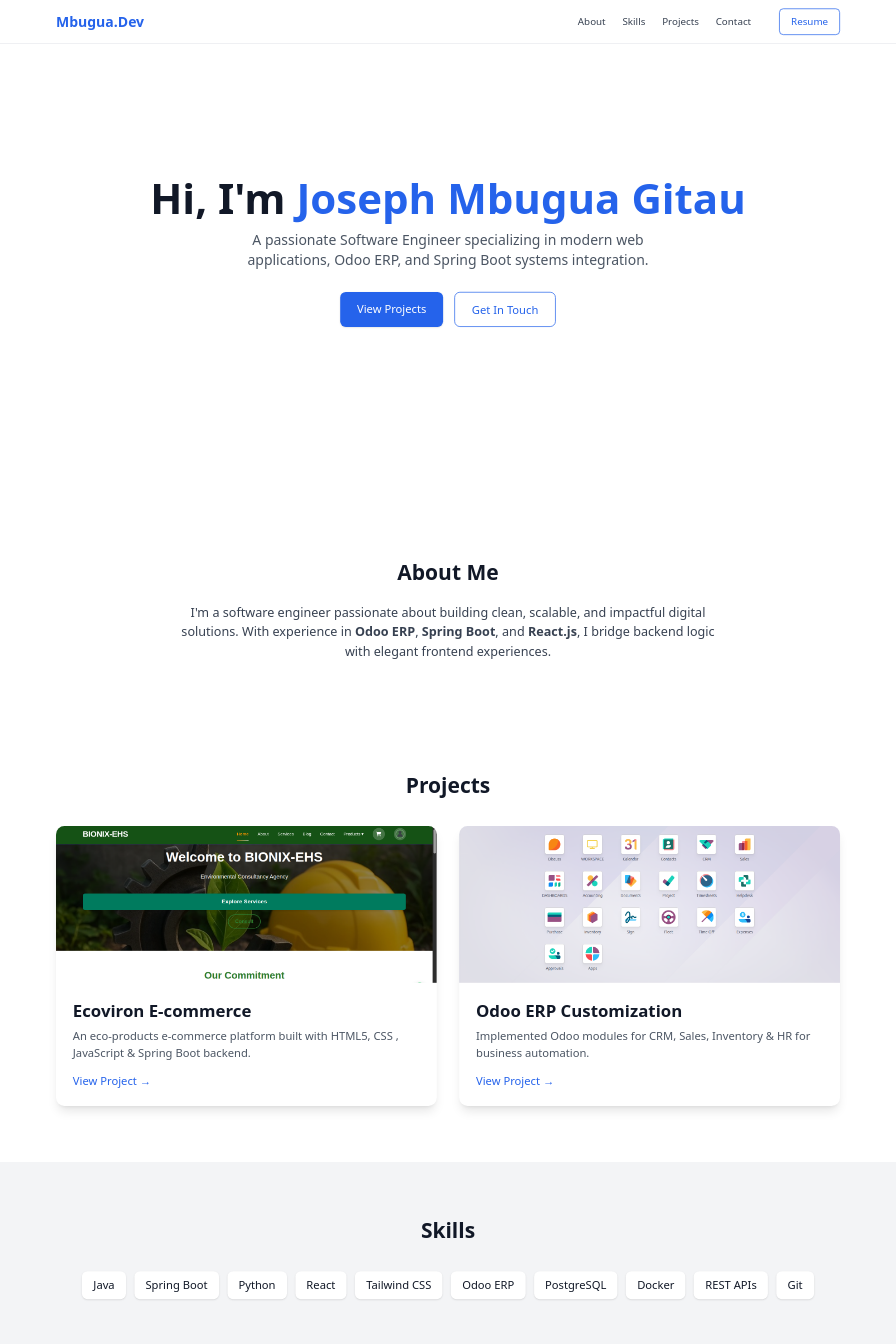
Repository: mbuguag/Portfolio
Page: /
The author's editor kept a copy of each file at every save. The page is drawn from the files as they stood at one save, then again after the next save.
The browser window is 1280 px wide. The pictures show the part of the page from y = 0 to 1920 px (the page is 2593 px tall), at 70% of full size.
The project was rebuilt for these pictures with package versions that can differ from the ones it lists, and the page was loaded fresh each time. Also part of the build but not shown: vite.config.js.

Above is the page before, as saved 2025-10-24 10:10:32.

### index.html
<!doctype html>
<html lang="en">
  <head>
    <meta charset="UTF-8" />
    <link rel="icon" type="image/svg+xml" href="/vite.svg" />
    <meta name="viewport" content="width=device-width, initial-scale=1.0" />
    <title>dev-portfolio</title>
  </head>
  <body>
    <div id="root"></div>
    <script type="module" src="/src/main.jsx"></script>
  </body>
</html>

### src/index.css
@tailwind base;
@tailwind components;
@tailwind utilities;

/* Global */
:root {
  scroll-behavior: smooth;
}

body {
  @apply bg-white text-gray-900 dark:bg-gray-900 dark:text-gray-100 font-sans;
}

/* container helper */
.container {
  @apply max-w-6xl mx-auto px-4;
}

/* small utility */
.section-title {
  @apply text-3xl font-semibold mb-6;
}

.card {
  @apply bg-white dark:bg-gray-800 rounded-xl shadow-sm overflow-hidden;
}

### src/App.jsx
import Navbar from "./components/Navbar/Navbar";
import Hero from "./components/Hero/Hero";
import About from "./components/About/About";
import Projects from "./components/Projects";
import Skills from "./components/Skills/Skills";
import Contact from "./components/Contact/Contact";
import Footer from "./components/Footer/Footer";

function App() {
  return (
    <>
      <Navbar />
      <Hero />
      <About />
      <Projects />
      <Skills />
      <Contact />
      <Footer />
    </>
  );
}

export default App;

### src/components/Navbar/Navbar.jsx
import React from "react";

export default function Navbar() {
  return (
    <header className="fixed top-0 left-0 right-0 z-50 bg-white/80 dark:bg-gray-900/80 backdrop-blur-sm border-b border-gray-200 dark:border-gray-800">
      <div className="container flex items-center justify-between py-3">
        <a href="#home" className="text-xl font-bold text-blue-600">Mbugua.Dev</a>

        <nav className="hidden md:flex gap-6 items-center text-sm text-gray-700 dark:text-gray-300">
          <a href="#about" className="hover:text-blue-600">About</a>
          <a href="#skills" className="hover:text-blue-600">Skills</a>
          <a href="#projects" className="hover:text-blue-600">Projects</a>
          <a href="#contact" className="hover:text-blue-600">Contact</a>
          <a
            href="/resume.pdf"
            className="ml-4 inline-block px-4 py-2 text-sm border rounded-md border-blue-600 text-blue-600 hover:bg-blue-600 hover:text-white transition"
            download
          >
            Resume
          </a>
        </nav>

        {/* mobile placeholder (expand later if you want a menu) */}
        <div className="md:hidden text-sm text-gray-700 dark:text-gray-300">
          <a href="#projects" className="px-3 py-1 bg-blue-600 text-white rounded-md">View Work</a>
        </div>
      </div>
    </header>
  );
}

### src/components/Hero/Hero.jsx
export default function Hero() {
  return (
    <section id="home" className="flex flex-col items-center justify-center text-center min-h-screen px-6">
      <h1 className="text-4xl sm:text-6xl font-bold mb-4">
        Hi, I'm <span className="text-blue-600">Joseph Mbugua Gitau</span>
      </h1>
      <p className="text-lg sm:text-xl text-gray-600 dark:text-gray-300 max-w-2xl">
        A passionate Software Engineer specializing in modern web applications, Odoo ERP, and Spring Boot systems integration.
      </p>
      <div className="mt-8 flex gap-4">
        <a href="#projects" className="px-6 py-3 bg-blue-600 text-white rounded-lg shadow hover:bg-blue-700 transition">View Projects</a>
        <a href="#contact" className="px-6 py-3 border border-blue-600 text-blue-600 rounded-lg hover:bg-blue-600 hover:text-white transition">Get In Touch</a>
      </div>
    </section>
  );
}

### src/components/About/About.jsx
export default function About() {
  return (
    <section id="about" className="py-20 container">
      <h2 className="text-3xl font-bold mb-6 text-center">About Me</h2>
      <p className="max-w-3xl mx-auto text-lg text-gray-700 dark:text-gray-300 text-center">
        I'm a software engineer passionate about building clean, scalable, and impactful digital solutions.
        With experience in <strong>Odoo ERP</strong>, <strong>Spring Boot</strong>, and <strong>React.js</strong>,
        I bridge backend logic with elegant frontend experiences.
      </p>
    </section>
  );
}

### src/components/Projects.jsx
const projects = [
  {
    title: "Ecoviron E-commerce",
    description: "An eco-products e-commerce platform built with HTML5, CSS , JavaScript & Spring Boot backend.",
    image: "/Bionix.png",
    link: "https://www.bionix-hse.co.ke",
  },
  {
    title: "Odoo ERP Customization",
    description: "Implemented Odoo modules for CRM, Sales, Inventory & HR for business automation.",
    image: "/Odoo.png",
    link: "#",
  },
];

export default function Projects() {
  return (
    <section id="projects" className="py-20 container">
      <h2 className="text-3xl font-bold mb-10 text-center">Projects</h2>
      <div className="grid md:grid-cols-2 gap-8">
        {projects.map((proj) => (
          <div key={proj.title} className="bg-white dark:bg-gray-800 rounded-xl shadow-lg overflow-hidden">
            <img src={proj.image} alt={proj.title} className="w-full h-56 object-cover" />
            <div className="p-6">
              <h3 className="text-2xl font-semibold mb-2">{proj.title}</h3>
              <p className="text-gray-600 dark:text-gray-300 mb-4">{proj.description}</p>
              <a href={proj.link} target="_blank" className="text-blue-600 hover:text-blue-800 dark:text-blue-400 dark:hover:text-blue-200">View Project →</a>
            </div>
          </div>
        ))}
      </div>
    </section>
  );
}

### src/components/Skills/Skills.jsx
const skills = [
  "Java", "Spring Boot", "Python", "React", "Tailwind CSS",
  "Odoo ERP", "PostgreSQL", "Docker", "REST APIs", "Git"
];

export default function Skills() {
  return (
    <section id="skills" className="py-20 bg-gray-100 dark:bg-gray-800">
      <h2 className="text-3xl font-bold mb-10 text-center">Skills</h2>
      <div className="flex flex-wrap justify-center gap-3">
        {skills.map((skill) => (
          <span key={skill} className="px-4 py-2 bg-white dark:bg-gray-700 shadow rounded-lg">
            {skill}
          </span>
        ))}
      </div>
    </section>
  );
}

### src/components/Contact/Contact.jsx
export default function Contact() {
  return (
    <section id="contact" className="py-20 bg-gray-100 dark:bg-gray-800">
      <h2 className="text-3xl font-bold mb-10 text-center">Contact Me</h2>
      <form className="max-w-lg mx-auto space-y-4">
        <input type="text" placeholder="Your Name" className="w-full p-3 rounded-lg border dark:bg-gray-700 dark:border-gray-600" />
        <input type="email" placeholder="Your Email" className="w-full p-3 rounded-lg border dark:bg-gray-700 dark:border-gray-600" />
        <textarea placeholder="Your Message" rows="5" className="w-full p-3 rounded-lg border dark:bg-gray-700 dark:border-gray-600"></textarea>
        <button className="w-full bg-blue-600 text-white py-3 rounded-lg hover:bg-blue-700 transition">Send Message</button>
      </form>
    </section>
  );
}

### src/components/Footer/Footer.jsx
export default function Footer() {
  return (
    <footer className="py-6 text-center text-gray-500 dark:text-gray-400 border-t border-gray-200 dark:border-gray-700">
      © {new Date().getFullYear()} Joseph Mbugua Gitau. All rights reserved.
    </footer>
  );
}

Loaded but not shown: src/main.jsx (common file); tailwind.config.js (common file)

After the next save:
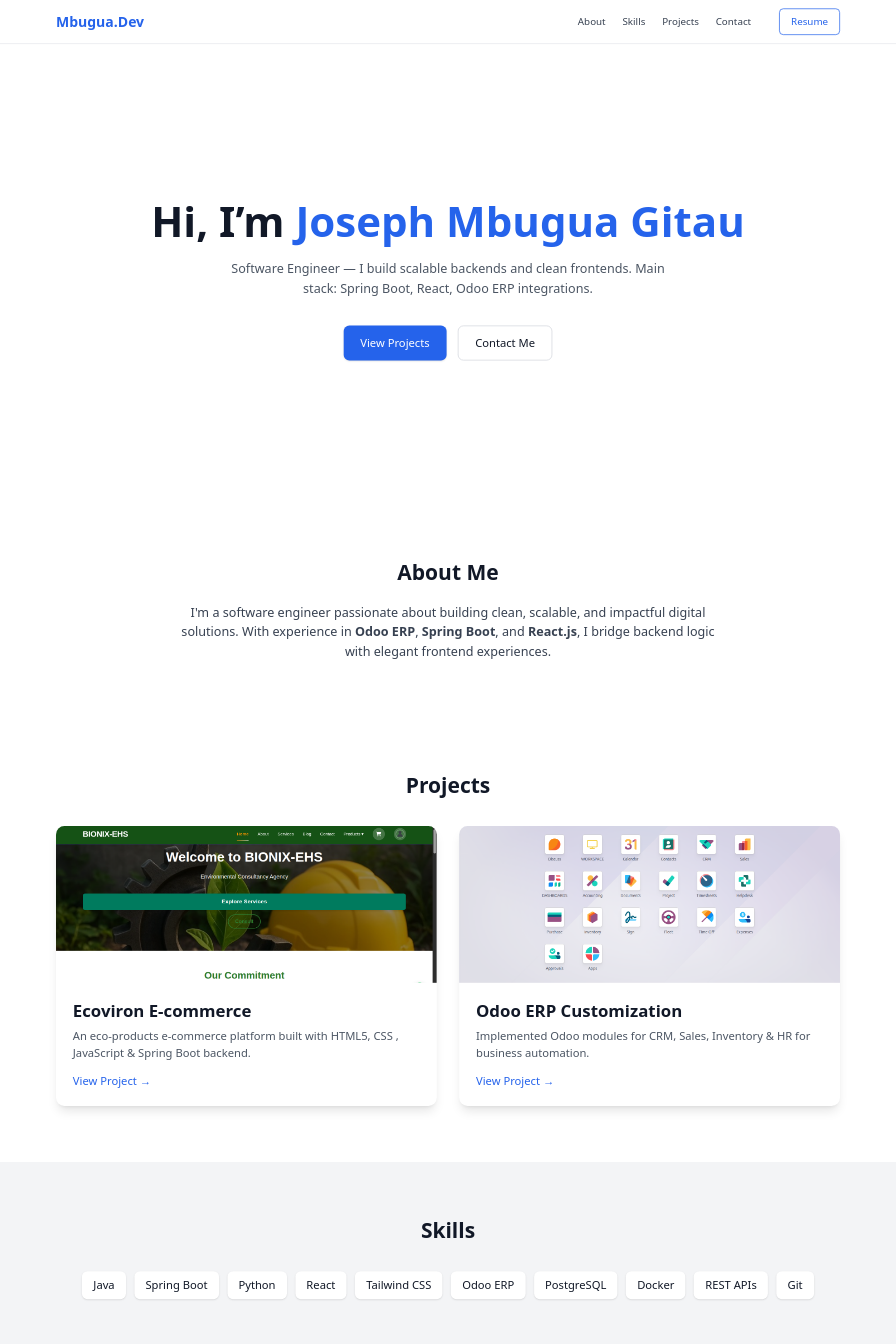
Saved 68 s later.
--- a/src/components/Hero/Hero.jsx
+++ b/src/components/Hero/Hero.jsx
@@ -1,15 +1,25 @@
+import React from "react";
+
 export default function Hero() {
   return (
-    <section id="home" className="flex flex-col items-center justify-center text-center min-h-screen px-6">
-      <h1 className="text-4xl sm:text-6xl font-bold mb-4">
-        Hi, I'm <span className="text-blue-600">Joseph Mbugua Gitau</span>
-      </h1>
-      <p className="text-lg sm:text-xl text-gray-600 dark:text-gray-300 max-w-2xl">
-        A passionate Software Engineer specializing in modern web applications, Odoo ERP, and Spring Boot systems integration.
-      </p>
-      <div className="mt-8 flex gap-4">
-        <a href="#projects" className="px-6 py-3 bg-blue-600 text-white rounded-lg shadow hover:bg-blue-700 transition">View Projects</a>
-        <a href="#contact" className="px-6 py-3 border border-blue-600 text-blue-600 rounded-lg hover:bg-blue-600 hover:text-white transition">Get In Touch</a>
+    <section id="home" className="min-h-screen flex items-center justify-center pt-20">
+      <div className="container text-center py-24">
+        <h1 className="text-4xl sm:text-5xl lg:text-6xl font-extrabold leading-tight">
+          Hi, I’m <span className="text-blue-600">Joseph Mbugua Gitau</span>
+        </h1>
+        <p className="mt-6 text-lg text-gray-600 dark:text-gray-300 max-w-2xl mx-auto">
+          Software Engineer — I build scalable backends and clean frontends.
+          Main stack: Spring Boot, React, Odoo ERP integrations.
+        </p>
+
+        <div className="mt-10 flex justify-center gap-4">
+          <a href="#projects" className="px-6 py-3 bg-blue-600 text-white rounded-lg shadow hover:bg-blue-700 transition">
+            View Projects
+          </a>
+          <a href="mailto:your.email@example.com" className="px-6 py-3 border rounded-lg border-gray-300 dark:border-gray-700 hover:bg-gray-100 dark:hover:bg-gray-800 transition">
+            Contact Me
+          </a>
+        </div>
       </div>
     </section>
   );
